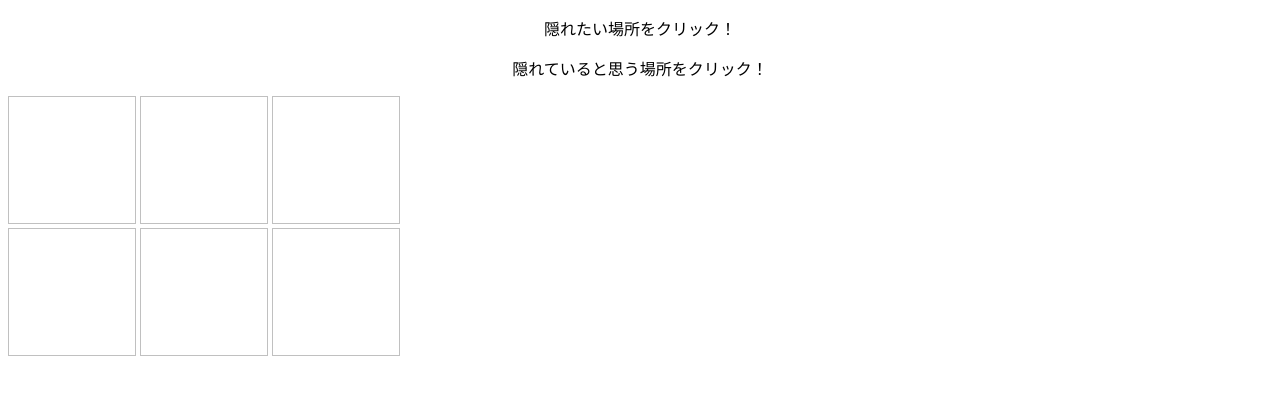
Repository: shoma2491/Mission_Invisible
Page: src/main/resources/templates/game.html
An editor plug-in stored every save of this project. The page is shown before and after a run of saves, followed by the edit.
The browser window is 1280 px wide. The pictures show the whole page.

Above is the page before, as saved 2022-01-18 14:44:35.

After the next 2 saves:
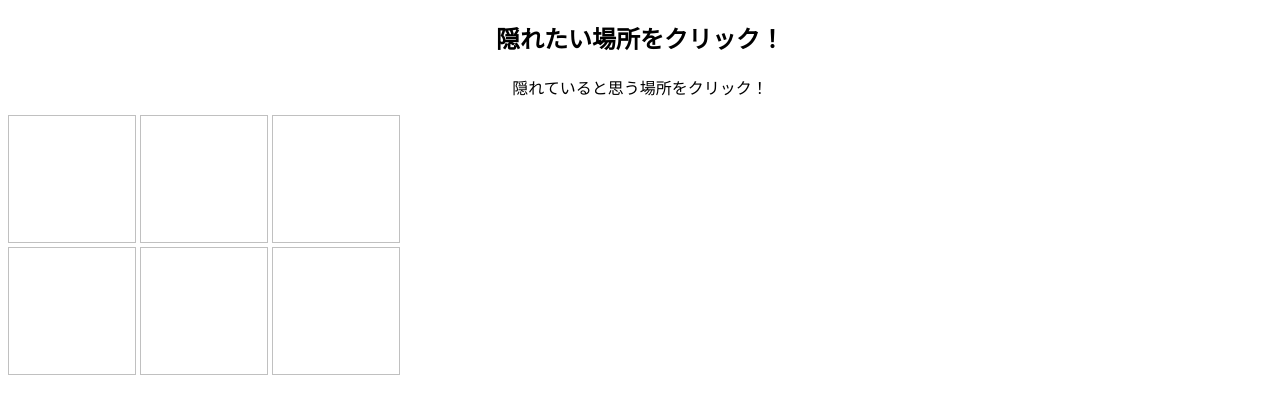
The 2 saves are shown as one change because they came seconds apart.
The last was saved 13 s later.
--- a/src/main/resources/templates/game.html
+++ b/src/main/resources/templates/game.html
@@ -7,7 +7,7 @@
 
 <body>
         <div sec:authorize="hasRole('ROLE_USER')" style="text-align:center">
-                <p>隠れたい場所をクリック！</p>
+                <h2>隠れたい場所をクリック！</h2>
         </div>
         <div sec:authorize="hasRole('ROLE_ONI')" style="text-align:center">
                 <p>隠れていると思う場所をクリック！</p>
